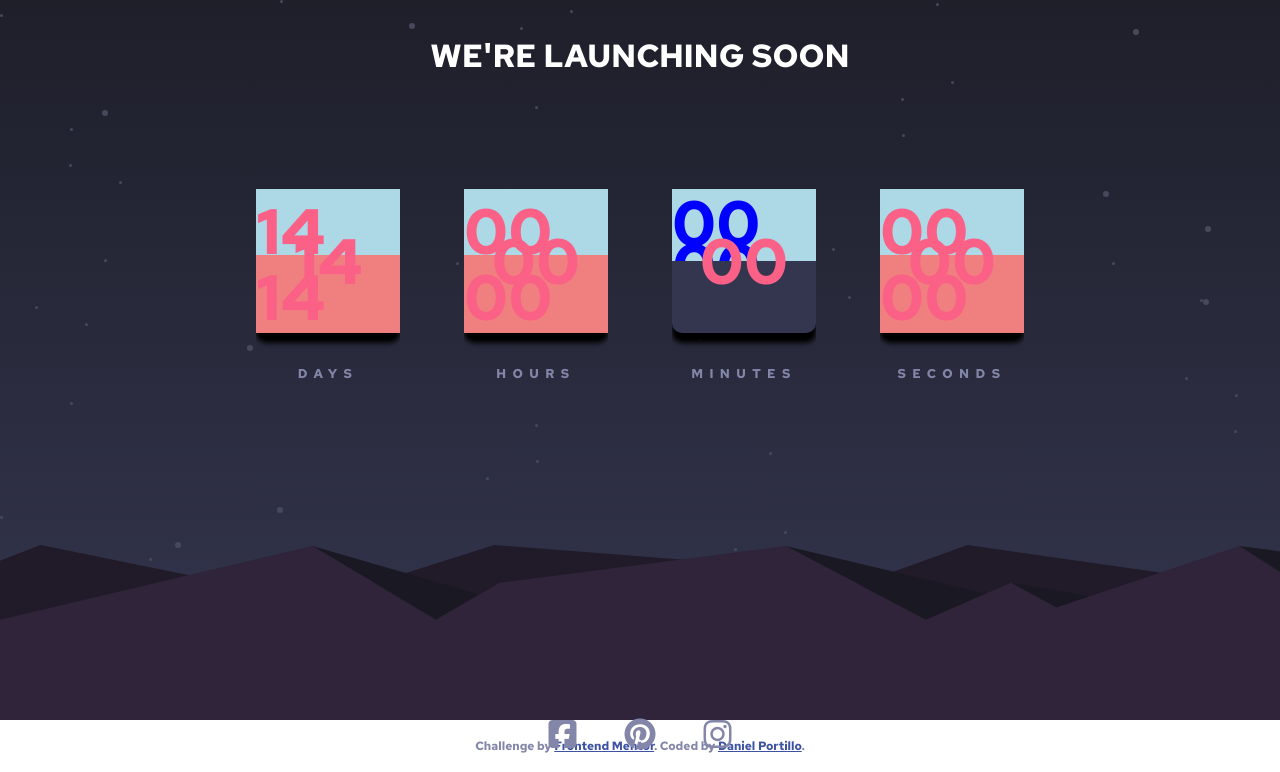
Repository: dportillo23/launch-countdown-timer-main
Page: index.html
The author's editor kept a copy of each file at every save. The page is drawn from the files as they stood at one save, then again after the next save.
The browser window is 1280 px wide. The pictures show the whole page.
Some web libraries are served in a nearby version. The style sheet was rebuilt from its Sass, Less or Tailwind sources for each picture, by a compiler version that may differ from the author's.

Above is the page before, as saved 2021-07-02 12:20:24.

After the next save:
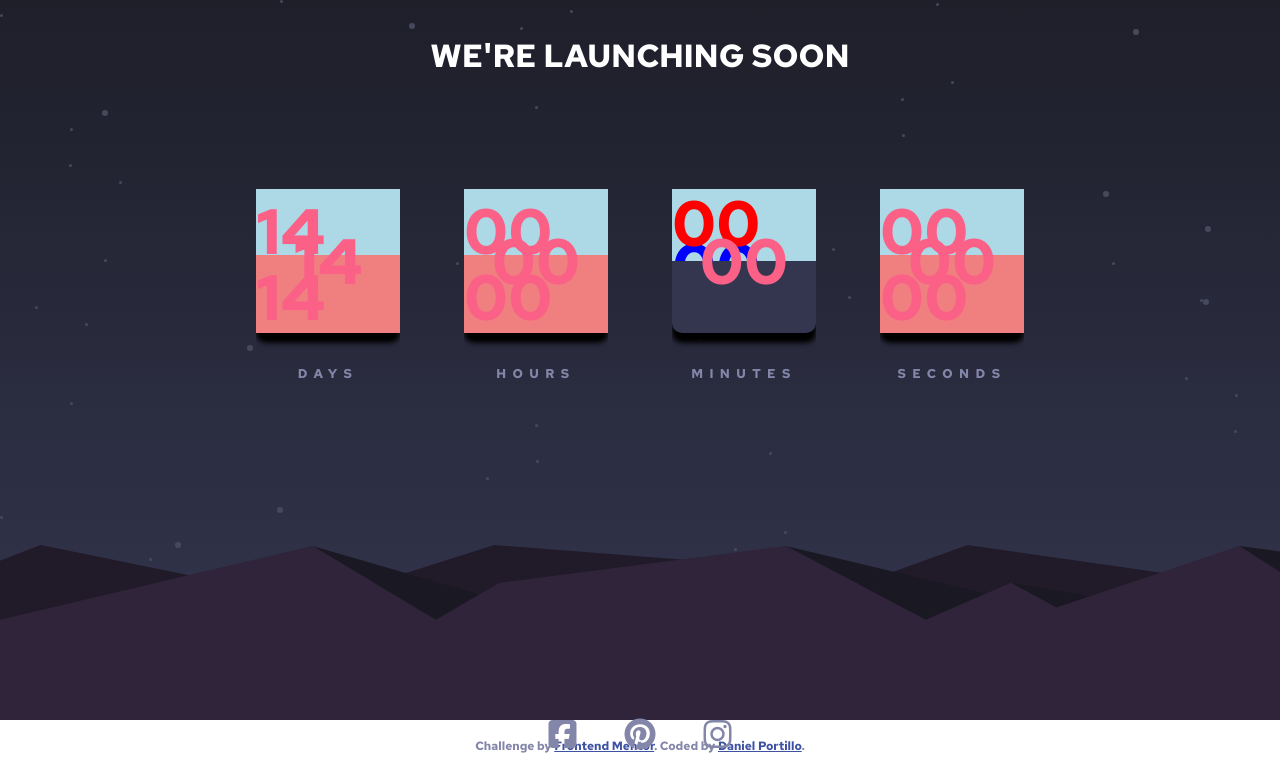
Saved 7 s later.
--- a/style.scss
+++ b/style.scss
@@ -105,7 +105,7 @@ body {
         overflow: hidden;
 
         span {
-            color: blue;
+            color: red;
             position: absolute;
             top: -0.5rem;
             text-align: center;
